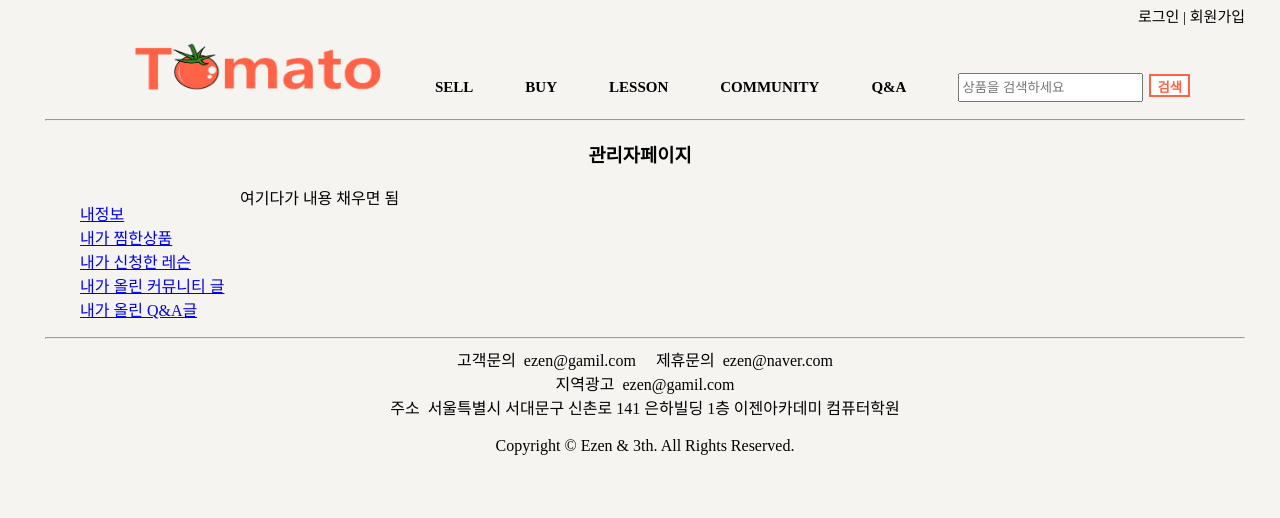
Repository: javadogfoot/semi-project
Page: http://localhost/tomato/member/mypage.jsp
These files come from the project's save history. The page is drawn as it stood at one moment and after the next save; the edit follows.
The browser window is 1280 px wide. The pictures show the whole page.
The page is served by Tomcat 9. Other server files are loaded and not shown.

Above is the page before, as saved 2021-10-18 02:35:31.

### semi프로젝트워크스페이스/tomato/src/main/webapp/member/mypage.jsp
<%@ page language="java" contentType="text/html; charset=UTF-8"
    pageEncoding="UTF-8"%>
<!DOCTYPE html>
<html>
<head>
<meta charset="UTF-8">
<title>Insert title here</title>
<link rel="stylesheet" type="text/css" href="/tomato/css/mainLayout.css">
<style>
h3{
   text-align: center;
}
li {
   list-style-type: none;
}
h4 {
   text-align: center;
   margin: 0px auto;
}
aside {
	width:200px;
	float:left;
}
fieldset{
	margin: 0px auto;
	width: 700px;
	text-align: center;
}
</style>
<script>

</script>
</head>
<body>
<%@include file="/header.jsp" %>
<section>
      <h3>관리자페이지</h3>
</section>
<aside>
	<section>
         <ul id="listsix">
         <li><label><a href="mypage_myinfo.jsp">내정보</a></label></li>
         <li><label><a href="mypage_buy.jsp">내가 찜한상품</a></label></li>
         <li><label><a href="mypage_lesson.jsp">내가 신청한 레슨</a></label></li>
         <li><label><a href="mypage_community.jsp">내가 올린 커뮤니티 글</a></label></li>
         <li><label><a href="mypage_qna.jsp">내가 올린 Q&A글</a></label></li>
         </ul>
	</section>
</aside>
<section>
여기다가 내용 채우면 됨
</section>
<%@include file="/footer.jsp" %>
</body>
</html>

### semi프로젝트워크스페이스/tomato/src/main/webapp/header.jsp
<%@ page language="java" contentType="text/html; charset=UTF-8"
    pageEncoding="UTF-8"%>
<!DOCTYPE html>
<html>
<head>
<meta charset="UTF-8">
<title>Insert title here</title>
<style>

#btn1{
   background-color: white;
   color: tomato;
   font-weight: bold;
   height:23px;
   border: none;
   margin:2px;
   border: 2px solid tomato;
}
#btn1:hovertn1{
   background-color: tomato;
   color: white;
   font-weight: bold;
   height:23px;
   border: none;
   margin:2px;
   border: 2px solid tomato;
}
</style>
</head>
<body>
<header>
<%
String m_id=(String)session.getAttribute("m_id");
String m_name=(String)session.getAttribute("m_name");
if(m_id==null){
   %>
   <div>
   <a href="/tomato/member/login.jsp">로그인</a> | <a href="/tomato/member/join.jsp">회원가입</a>
   </div>
   <%
}else{
      %>
   <div>
   <%
   if(m_id.equals("admin")){
      %>
      <a href="/tomato/admin/memberList_admin.jsp"><%=m_name %>님 마이페이지</a> |
      <%
   }else{
      %>
      <a href="/tomato/member/mypage.jsp"><%=m_name %>님 마이페이지</a> |
      <%
   }
   %>
   <a href="/tomato/member/logout.jsp">로그아웃</a>
   </div>
   <%
}
%>
<nav>
<ul>
   <li><h1><a href="/tomato/index.jsp"><img src="/tomato/img/토마토_메인로고.png" alt="메인로고" height="50px" width="250px"></a></h1></li>
   <li><h2><a href="/tomato/sell/sell.jsp">SELL</a></h2></li>
   <li><h2><a href="/tomato/buy/buyList.jsp?col=s_idx&range=desc">BUY</a></h2></li>
   <li><h2><a href="/tomato/lesson/lessonList.jsp">LESSON</a></h2></li>
   <li><h2><a href="/tomato/community/community.jsp">COMMUNITY</a></h2></li>
   <li><h2><a href="/tomato/qna/qnaList.jsp">Q&A</a></h2></li>
   <li>
		<form name="headerSearch" action="/tomato/buy/headerBuySearch.jsp" style="display: inline;">
			<input type="text" name="searchValue" placeholder="상품을 검색하세요">
			<input type="submit" value="검색" id="btn1">
		</form>
	</li>
</ul>
</nav>
<hr/>
</header>
</body>
</html>

### semi프로젝트워크스페이스/tomato/src/main/webapp/footer.jsp
<%@ page language="java" contentType="text/html; charset=UTF-8"
    pageEncoding="UTF-8"%>
<!DOCTYPE html>
<html>
<head>
<meta charset="UTF-8">
<title>Insert title here</title>
</head>
<body>
<footer>
<hr/>
<div>
고객문의&nbsp;&nbsp;ezen@gamil.com &nbsp;&nbsp;&nbsp;&nbsp;제휴문의&nbsp;&nbsp;ezen@naver.com
<br/>
지역광고&nbsp;&nbsp;ezen@gamil.com
<br/>
주소&nbsp;&nbsp;서울특별시 서대문구 신촌로 141 은하빌딩 1층 이젠아카데미 컴퓨터학원
</div>
<br/>
<div>Copyright &copy; Ezen & 3th. All Rights Reserved.</div>
</footer>
</body>
</html>

### semi프로젝트워크스페이스/tomato/src/main/webapp/css/mainLayout.css
@charset "UTF-8";
body{
   background-color: #f5f4f0;
   margin: 5px auto;
   width: 1200px;
}
header{
   width: 1200px;
   margin: 5px;
}
header div{
   text-align: right;
   font-size: 15px;
}
header div a{
   color: black;
   text-decoration: none;
}
header div a:hover{
   color: black;
   text-decoration: underline;
}
h1{
   font-size: 45px;
   color: tomato;
   display: inline;
}
h1 a{
   text-decoration: none;
   color: tomato;
}
h2{
   color: black;
   display: inline;
   font-size: 15px;
}
h2 a{
   text-decoration: none;
   color: black;
}
header nav li{
   list-style-type: none;
   display: inline;
   color: black;
   margin-left: 48px;
}
header input{

   height: 23px;
}
section{
   width: 1200px;
}
footer{
   width: 1200px;
   clear: both;
   margin: 5px;
   text-align: center;
}

After the next save:
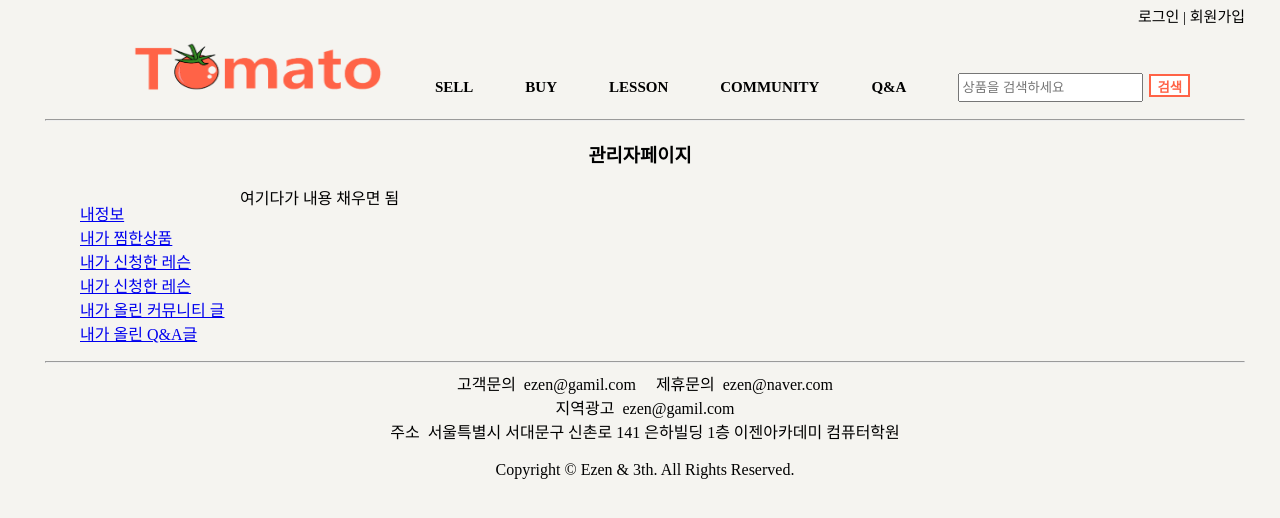
Saved 25 s later.
--- a/semi프로젝트워크스페이스/tomato/src/main/webapp/member/mypage.jsp
+++ b/semi프로젝트워크스페이스/tomato/src/main/webapp/member/mypage.jsp
@@ -41,6 +41,7 @@ fieldset{
          <ul id="listsix">
          <li><label><a href="mypage_myinfo.jsp">내정보</a></label></li>
          <li><label><a href="mypage_buy.jsp">내가 찜한상품</a></label></li>
+         <li><label><a href="mypage_mylesson.jsp">내가 신청한 레슨</a></label></li>
          <li><label><a href="mypage_lesson.jsp">내가 신청한 레슨</a></label></li>
          <li><label><a href="mypage_community.jsp">내가 올린 커뮤니티 글</a></label></li>
          <li><label><a href="mypage_qna.jsp">내가 올린 Q&A글</a></label></li>
